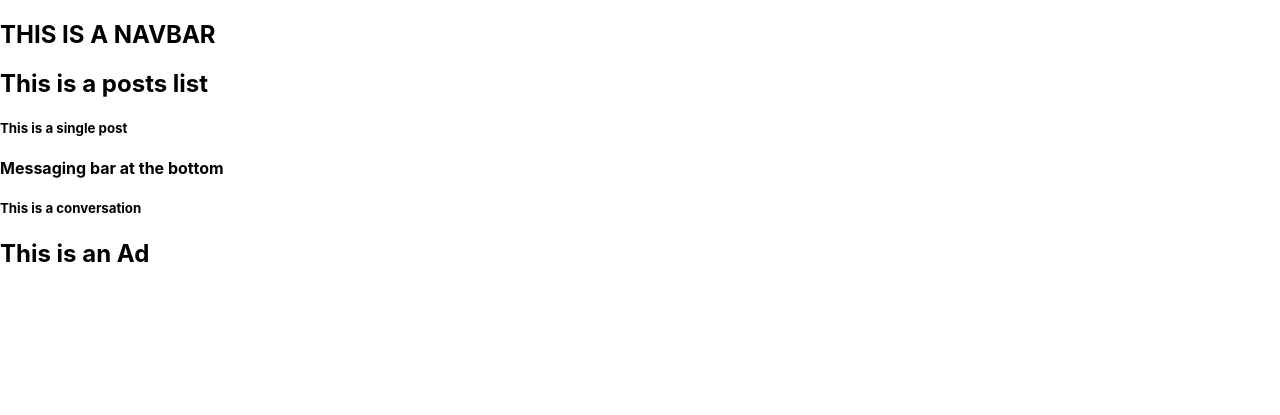
Repository: react-for-web-developers/03-react-components
Page: / (app in exercises/linkedin/)
An editor plug-in stored every save of this project. The page is shown before and after the next save, followed by the edit.
The browser window is 1280 px wide. The pictures show the whole page.
The project was rebuilt for these pictures with package versions that can differ from the ones it lists, and the page was loaded fresh each time. Also part of the build but not shown: exercises/linkedin/src/App.css.

Above is the page before, as saved 2021-10-13 23:10:02.

After the next save:
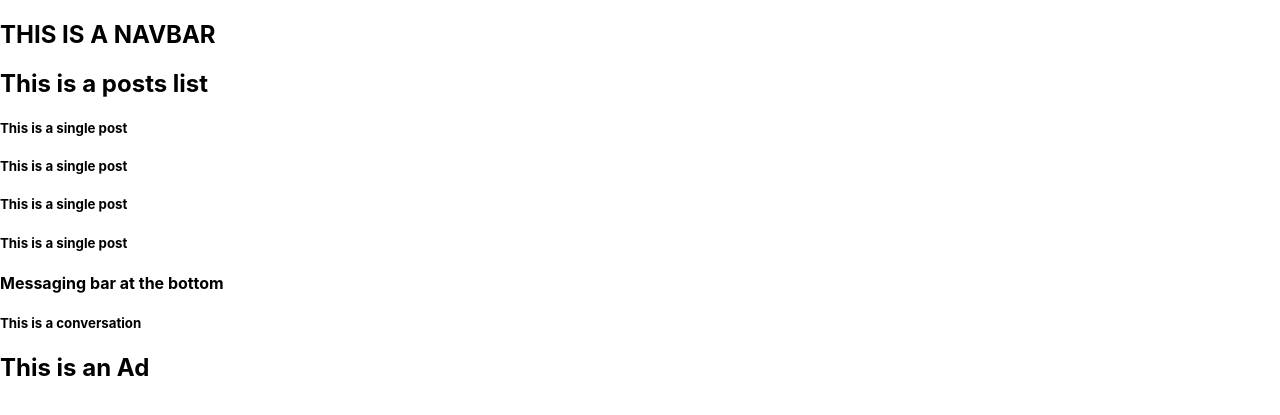
Saved 6 s later.
--- a/exercises/linkedin/src/components/Posts.js
+++ b/exercises/linkedin/src/components/Posts.js
@@ -6,6 +6,10 @@ export default function Posts() {
         <div>
             <h2>This is a posts list</h2>
             <Post/>
+            <Post/>
+            <Post/>
+            <Post/>
+
         </div>
     )
 }
